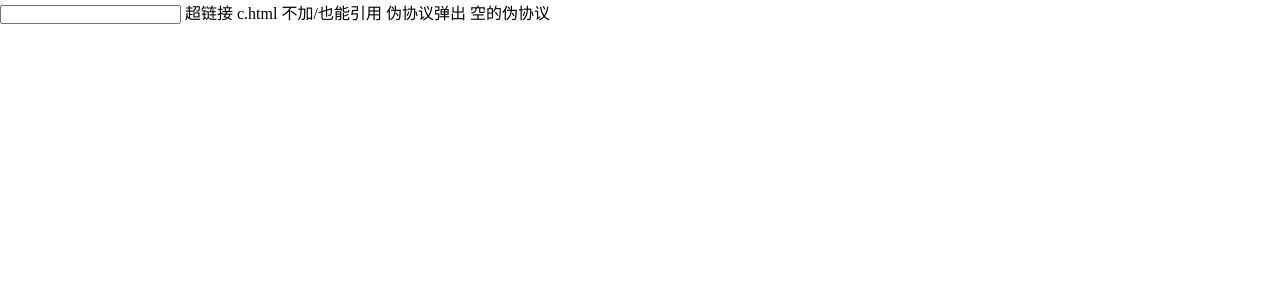
Repository: Lixianlai-2/html-demo-1
Page: index.html
These files come from the project's save history. The page is drawn as it stood at one moment and after the next save; the edit follows.
The browser window is 1280 px wide. The pictures show the whole page.

Above is the page before, as saved 2021-11-27 11:28:33.

After the next save:
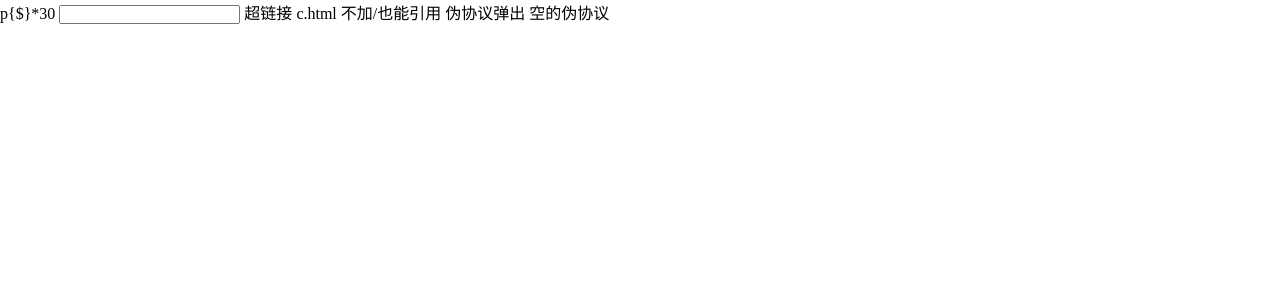
Saved 9 min 30 s later.
--- a/index.html
+++ b/index.html
@@ -8,6 +8,7 @@
     <title>Document</title>
   </head>
   <body>
+    p{$}*30
     <input type="text" />
     <a href="//google.com">超链接</a>
     <a href="/a/b/c.html">c.html</a>
